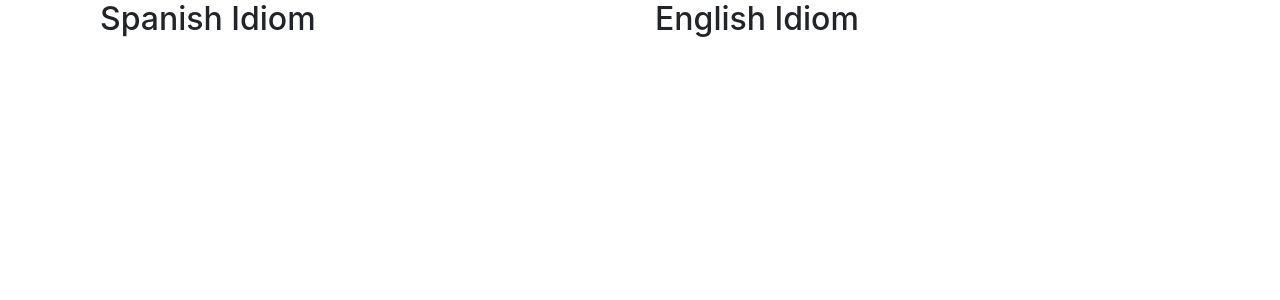
Repository: JK27/idioms-english-spanish
Page: http://localhost/
The author's editor kept a record of every edit. The page is drawn from the files as they stood at one moment, then again after the next edit.
The browser window is 1280 px wide. The pictures show the whole page.
The page is served by the project's application, run on Flask 3 (idioms.py). Queries for data that is not in the repository find no rows.

Above is the page before.
Console error: TypeError: Cannot read properties of undefined (reading 'fn')

### templates/idioms.html
{% extends "base.html" %} {% block content %}

<div class="row">
    <div class="col-5">
        <h2>Spanish Idiom</h2>
    </div>
    <div class="col-1"></div>
    <div class="col-5">
        <h2>English Idiom</h2>
    </div>
</div>
{% for idiom in idioms %}

<div class="row">
    <div class="card col-5">
        <div class="card-body">
            <h5 class="card-title">"{{idiom.spanish_idiom}}"</h5>
            <p class="card-text"> {{idiom.english_literal}}</p>
            <p class="card-text">{{idiom.english_meaning}}</p>
        </div>
    </div>
    <div class="col-2"></div>

    <div class="card col-5">
        <div class="card-body">
            <h5 class="card-title">"{{idiom.english_idiom}}"</h5>
            <p class="card-text">{{idiom.spanish_literal}}</p>
            <p class="card-text">{{idiom.spanish_meaning}}</p>
        </div>
    </div>

</div>

{% endfor %} {% endblock %}

### templates/base.html
<!DOCTYPE html>
<html lang="en">

<head>
    <meta charset="UTF-8">
    <meta name="viewport" content="width=device-width, initial-scale=1.0">
    <meta http-equiv="X-UA-Compatible" content="ie=edge">

    <link href="https://stackpath.bootstrapcdn.com/bootstrap/4.3.1/css/bootstrap.min.css" rel="stylesheet" integrity="sha384-ggOyR0iXCbMQv3Xipma34MD+dH/1fQ784/j6cY/iJTQUOhcWr7x9JvoRxT2MZw1T" crossorigin="anonymous">
    <link rel="stylesheet" href="{{url_for('static', filename='css/style.css')}}" type="text/css" />


    <script src="https://stackpath.bootstrapcdn.com/bootstrap/4.3.1/js/bootstrap.min.js" integrity="sha384-JjSmVgyd0p3pXB1rRibZUAYoIIy6OrQ6VrjIEaFf/nJGzIxFDsf4x0xIM+B07jRM" crossorigin="anonymous"></script>


    <title>Idioms English - Spanish</title>
</head>

<body>
    <div class="container">

        <!--<div class="card-deck">-->
          {% block content %}  {% endblock %}
        <!--</div>-->

    </div>
</body>

</html>

### idioms.py
import os
from flask import Flask, render_template, redirect, request, url_for
from flask_pymongo import PyMongo
from bson.objectid import ObjectId

app = Flask(__name__)

app.config["MONGO_DBNAME"] = "idioms-and-proverbs"
app.config["MONGO_URI"] = "mongodb+srv://jk27:07diciembre18@cluster0-9pga0.mongodb.net/idioms-and-proverbs?retryWrites=true&w=majority"

mongo = PyMongo(app)

@app.route("/")
@app.route("/get_idioms")
def get_idioms():
    return render_template("idioms.html", idioms=mongo.db.idioms.find())

if __name__ == "__main__":
    app.run(host=os.environ.get("IP"),
            port=int(os.environ.get("PORT")),
            debug=True)

### static/css/style.css
.row {
    margin-right: 0px;
    margin-left: 0px;
}

.card {
    margin-right: 10px;
    margin-bottom: 15px;
    margin-left: 25px;
}

After the next edit:
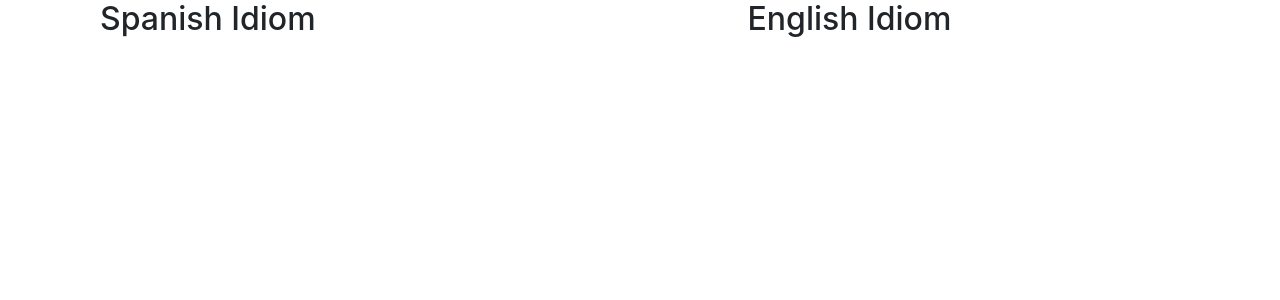
The edit:
--- a/templates/idioms.html
+++ b/templates/idioms.html
@@ -4,7 +4,7 @@
     <div class="col-5">
         <h2>Spanish Idiom</h2>
     </div>
-    <div class="col-1"></div>
+    <div class="col-2"></div>
     <div class="col-5">
         <h2>English Idiom</h2>
     </div>
